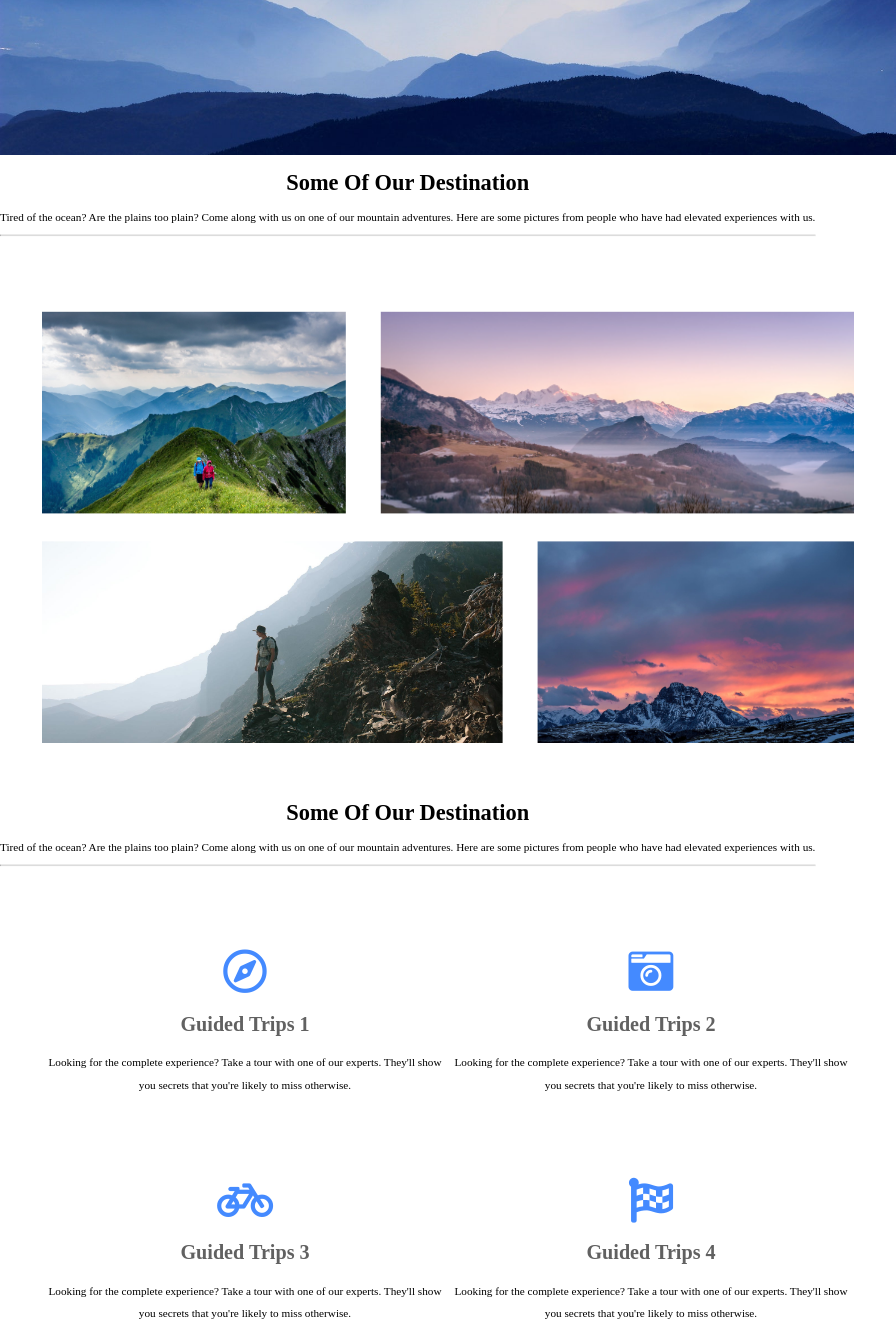
Repository: Einsteiniumeinsteinian/Advanced-CSS
Page: css-project-starter-code/index.html
The author's editor kept a copy of each file at every save. The page is drawn from the files as they stood at one save, then again after a run of saves.
The browser window is 1280 px wide. The pictures show the part of the page from y = 498 to 2418 px (the page is 2517 px tall before and 2953 px after), at 70% of full size.
Some web libraries are served in a nearby version.

Above is the page before, as saved 2021-08-15 21:15:34.

After the next 3 saves:
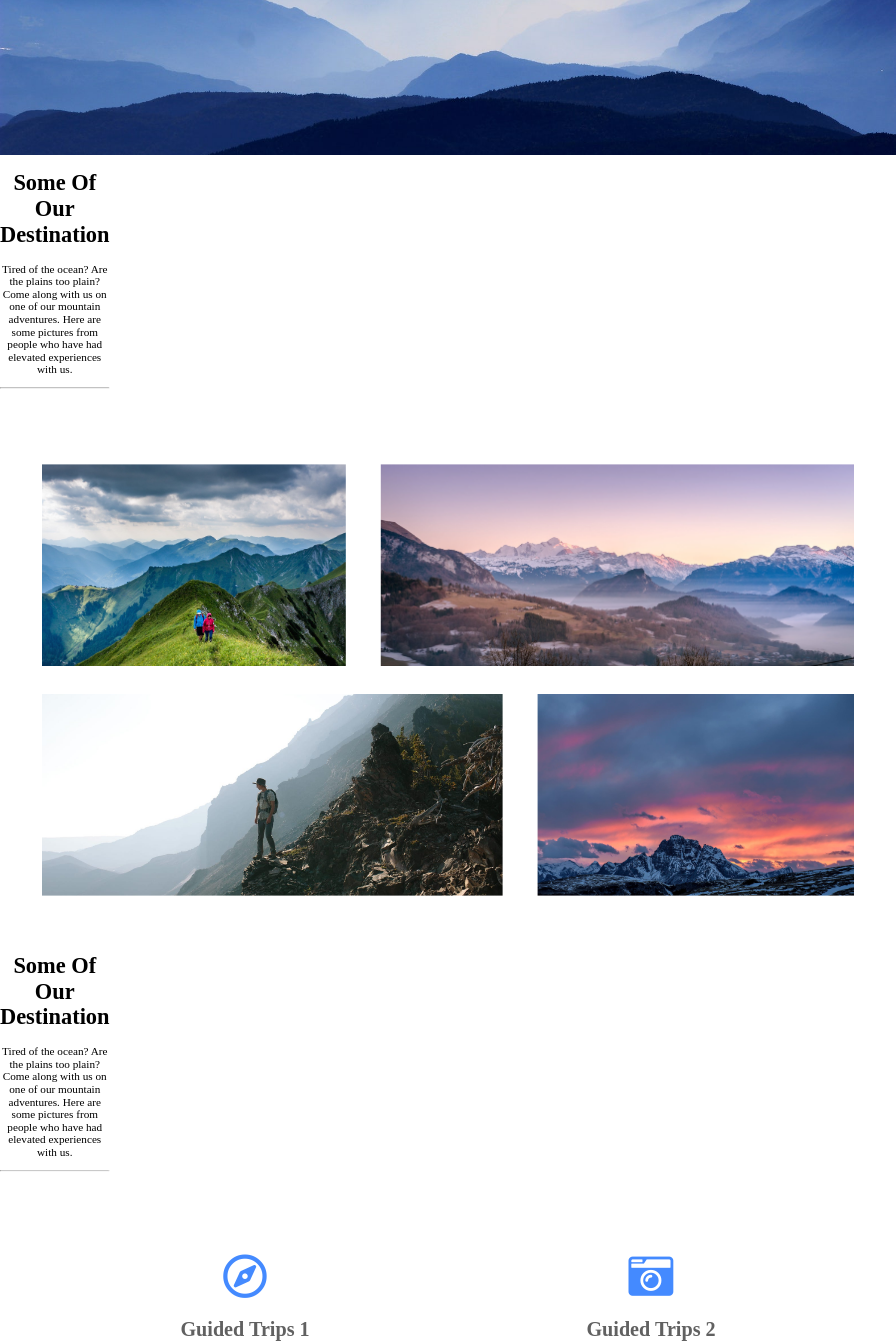
The 3 saves are shown as one change because they came seconds apart.
The last was saved 24 s later.
--- a/css-project-starter-code/assets/css/styles.css
+++ b/css-project-starter-code/assets/css/styles.css
@@ -85,6 +85,6 @@
 
 /** Line Breaker Div */
 .line-breaker-div{
-    max-width: max-content;
+    max-width: min-content;
     text-align: center;
 }

After the save that followed:
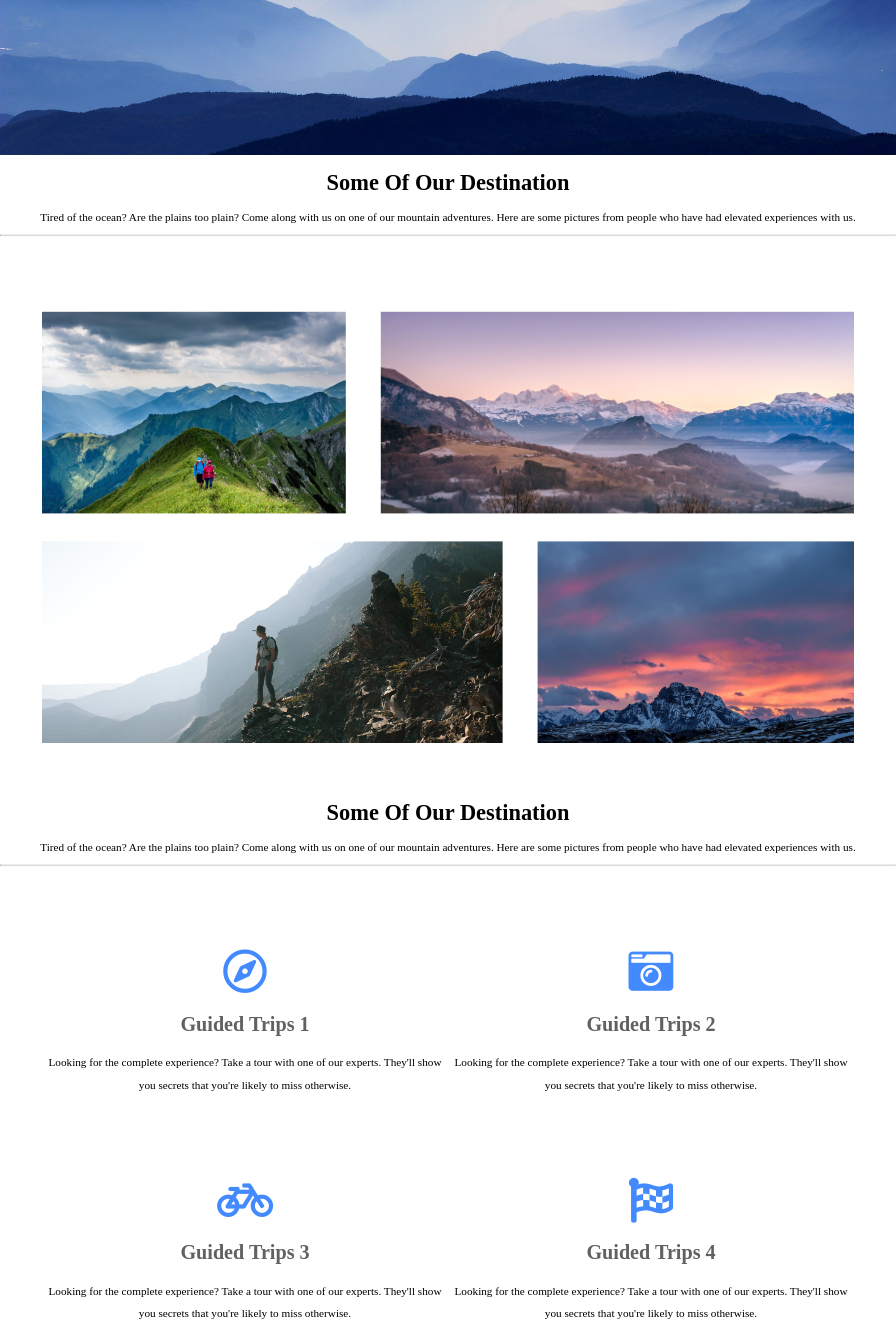
Saved 13 s later.
--- a/css-project-starter-code/assets/css/styles.css
+++ b/css-project-starter-code/assets/css/styles.css
@@ -85,6 +85,6 @@
 
 /** Line Breaker Div */
 .line-breaker-div{
-    max-width: min-content;
+    max-width: ;
     text-align: center;
 }
